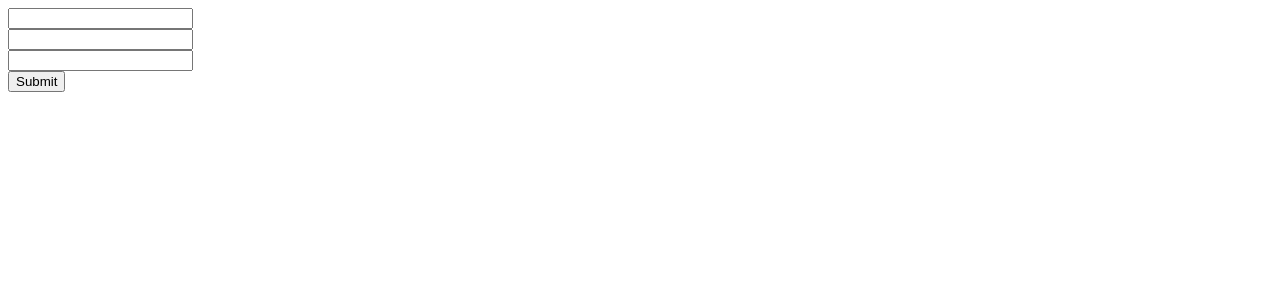
Repository: LEECHAEHEE/webProgramming
Page: board/WebContent/write.html
These files come from the project's save history. The page is drawn as it stood at one moment and after the next save; the edit follows.
The browser window is 1280 px wide. The pictures show the whole page.

Above is the page before, as saved 2018-04-01 16:31:32.

After the next save:
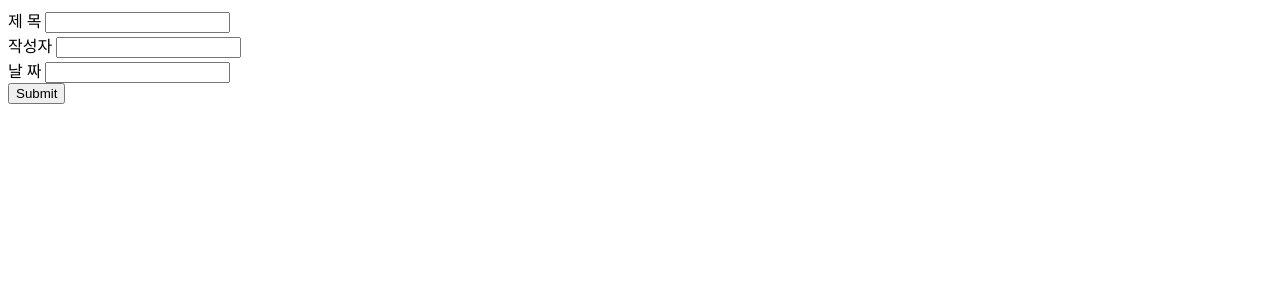
Saved 72 s later.
--- a/board/WebContent/write.html
+++ b/board/WebContent/write.html
@@ -5,9 +5,9 @@
 <title>Insert title here</title>
 </head>
 <body>
-	<input type="text" name="title"/><br/>
-	<input type="text" name="writer"><br/>
-	<input type="text" name="regdate"><br/>
+	제  목 <input type="text" name="title"/><br/>
+	작성자 <input type="text" name="writer"><br/>
+	날  짜 <input type="text" name="regdate"><br/>
 	<input type="submit">
 </body>
 </html>
